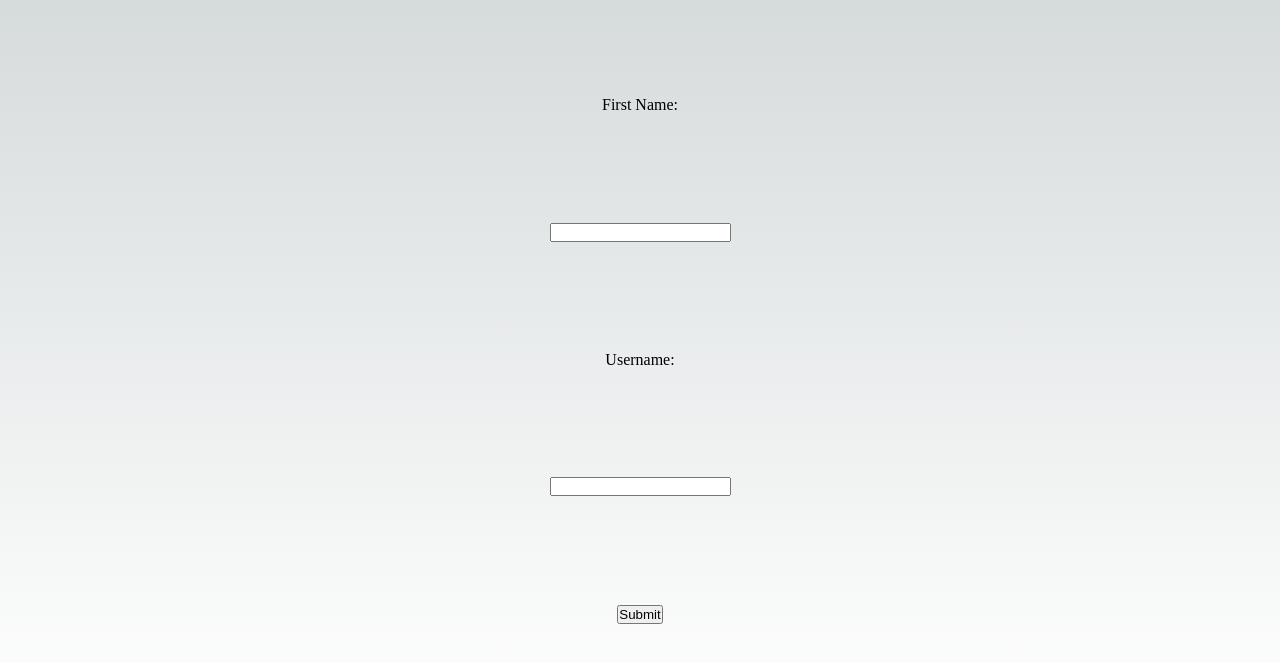
Repository: Mariessa-Pinto/week2-next.js-next-router-login
Page: /
The author's editor kept a copy of each file at every save. The page is drawn from the files as they stood at one save, then again after the next save.
The browser window is 1280 px wide. The pictures show the whole page.
The project was rebuilt for these pictures with package versions that can differ from the ones it lists, and the page was loaded fresh each time. The framework's server and built-in components were replaced by stand-ins that run in the browser. Also part of the build but not shown: next.config.js.

Above is the page before, as saved 2023-01-10 10:30:31.

### pages/index.js
import Head from 'next/head'
import Image from 'next/image'
import { Inter } from '@next/font/google'
import styles from '../styles/Home.module.css'
import { useState } from 'react'
import { useRouter } from 'next/router'

const inter = Inter({ subsets: ['latin'] })

export default function Home() {

  const router = useRouter()

  const [formData, setFormData] = useState({
    firstName: '',
    username: ''
  })

  const CheckLogin = () => {
    console.log(formData.firstName)
    console.log(formData)

    if(formData.username !== null) {
      router.push( {
        pathname: './counter',
        query: {
          username: formData.username
        }
      })
    }
  }

  return (
    <>
      <Head>
        <title>Create Next App</title>
        <meta name="description" content="Generated by create next app" />
        <meta name="viewport" content="width=device-width, initial-scale=1" />
        <link rel="icon" href="/favicon.ico" />
      </Head>
      <main className={styles.main}>

       <label>First Name:</label>
       <input
        type = "text"
        id = "first"
        name = "first"
        required
        pattern ="[A-Z]{1}[a-z]{2,10}"
        title="The first letter should be capitalized"
        onChange={(e => setFormData({...formData, firstName: e.target.value}))}
       />

       <label>Username:</label>
       <input
        type = "text"
        id = "username"
        name = "username"
        required
        title="Type your username"
        minLength="5"
        maxLength="10"
        onChange={(e => setFormData({...formData, username: e.target.value}))}
       />
       <button type="submit" onClick={() => CheckLogin()}>Submit</button>
      </main>
    </>
  )
}

Loaded but not shown: pages/_app.js (common file); pages/_document.js (common file); styles/globals.css (common file); styles/Home.module.css (common file)

After the next save:
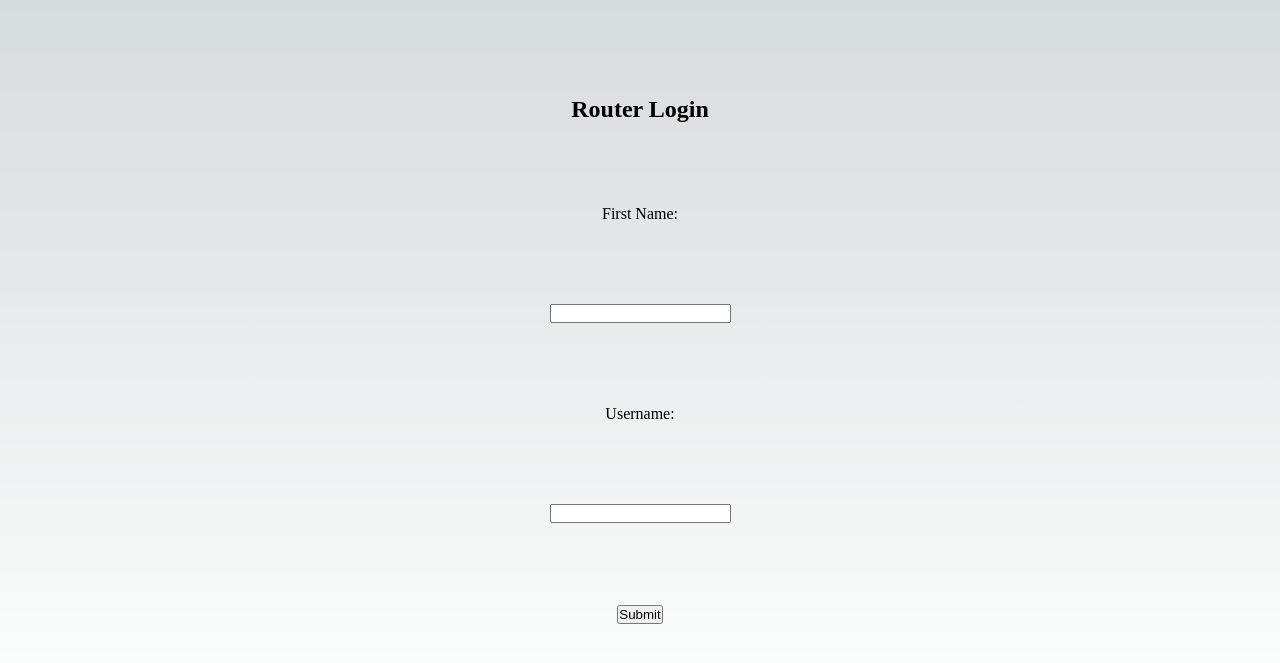
Saved 20 h 50 min later.
--- a/pages/index.js
+++ b/pages/index.js
@@ -40,6 +40,7 @@ export default function Home() {
       </Head>
       <main className={styles.main}>
 
+       <h2>Router Login</h2>
        <label>First Name:</label>
        <input
         type = "text"
